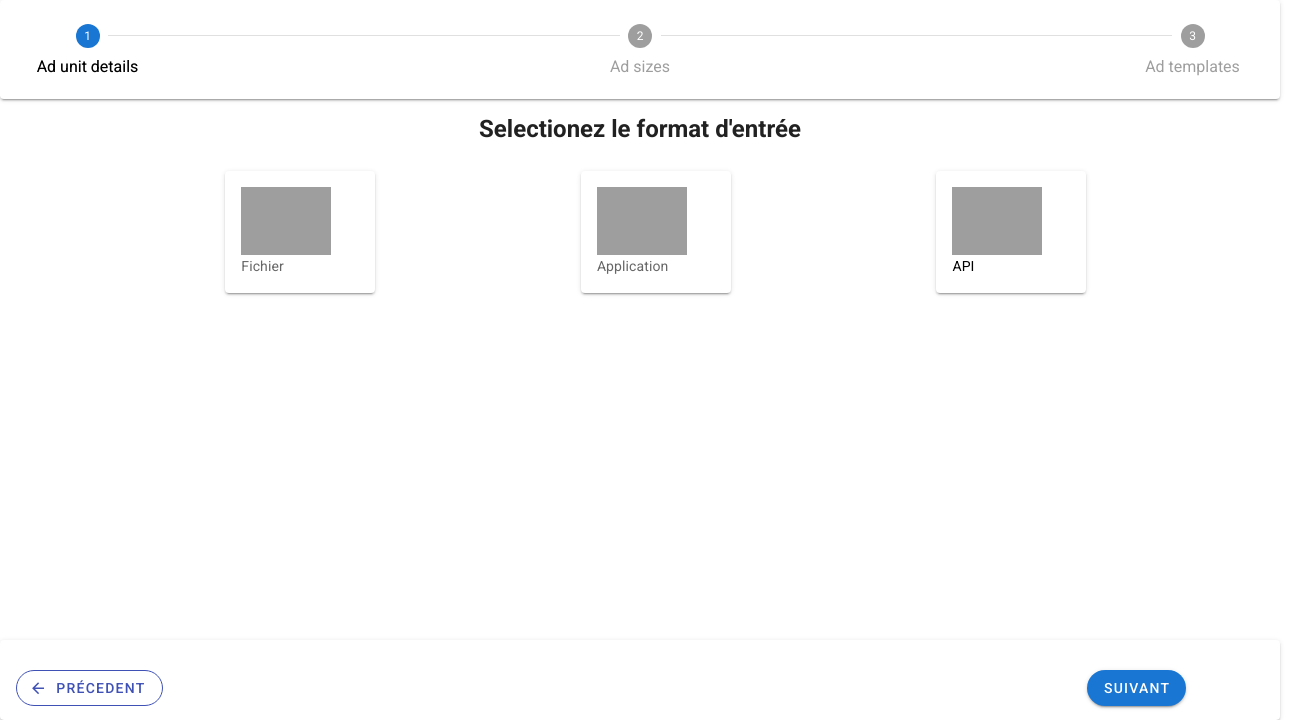
Repository: SidneyHodieb/myc
Page: /addsource/format
An editor plug-in stored every save of this project. The page is shown before and after the next save, followed by the edit.
The browser window is 1280 px wide. The page is 1292 px wide, so the pictures cover 1292 px, including what lies to the right of the window. The pictures show the whole page.
Pictures or frames that could not be fetched are drawn as grey boxes. The project was rebuilt for these pictures with package versions that can differ from the ones it lists, and the page was loaded fresh each time. Also part of the build but not shown: vue.config.js, src/views/Home.vue, src/views/addSource/components/card.vue, src/views/addSource/components/trigger.vue.

Above is the page before, as saved 2021-04-04 13:32:04.

After the next save:
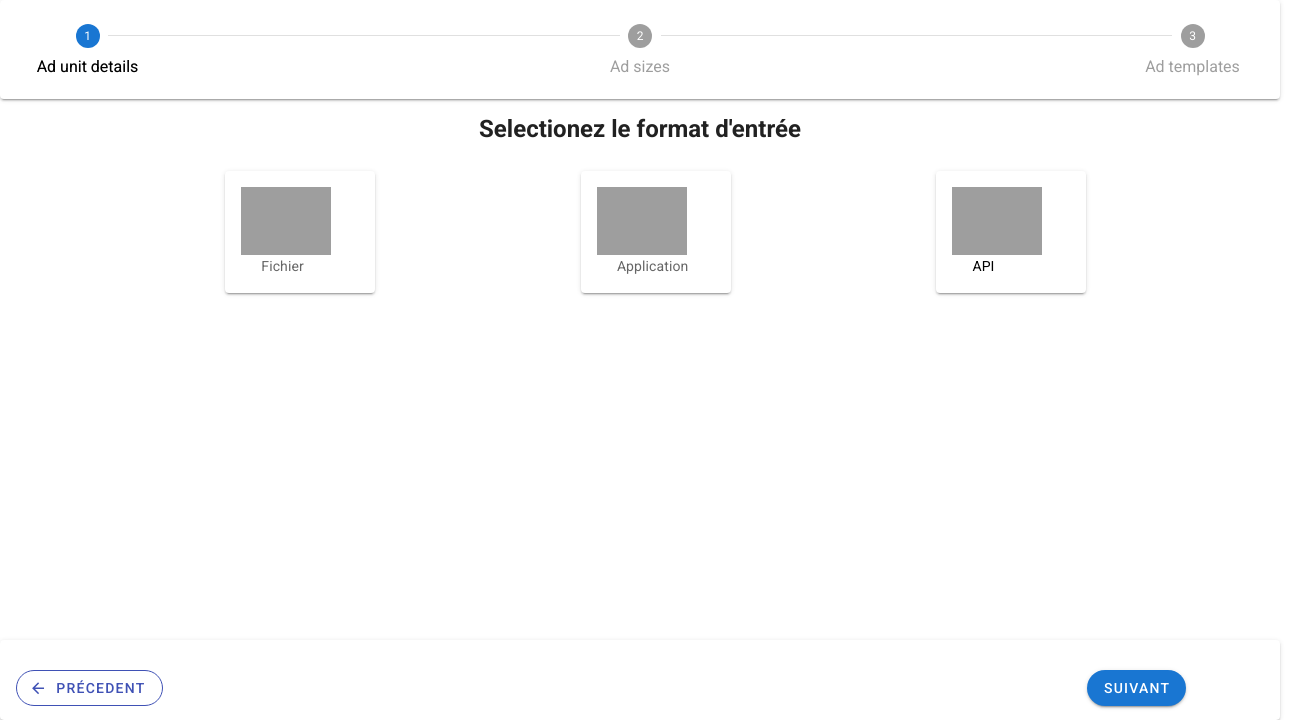
Saved 31 s later.
--- a/src/views/addSource/components/format.vue
+++ b/src/views/addSource/components/format.vue
@@ -12,7 +12,7 @@
            width="90"
             src="https://www.flaticon.com/svg/vstatic/svg/786/786788.svg?token=exp=1617473650~hmac=f02174a0ee444bdd71a855da4ad95c3d"
         ></v-img>
-        <span style="color:black" class=" text--secondary">Fichier</span>
+        <span style="color:black;margin-left:20px" class=" text--secondary">Fichier</span>
         </div>
          </v-card-text>
         </v-card>
@@ -24,7 +24,7 @@
            width="90"
             src="https://www.flaticon.com/svg/vstatic/svg/2306/2306016.svg?token=exp=1617475854~hmac=35e4e709fb9fa1338bb7b9cd5032613a"
         ></v-img>
-         <span style="color:black; " class=" text--secondary">Application</span>
+         <span style="color:black;margin-left:20px" class=" text--secondary">Application</span>
          </v-card-text>
         </v-card>
       </v-col>
@@ -35,7 +35,7 @@
            width="90"
             src="https://www.flaticon.com/svg/vstatic/svg/994/994152.svg?token=exp=1617476036~hmac=b132b4a2ee4139281536cfde68b7345e"
         ></v-img>
-         <span style="color:black" class="mfont-weight-bold">API</span>
+         <span style="color:black;margin-left:20px" class="mfont-weight-bold">API</span>
          </v-card-text>
         </v-card>
       </v-col>
